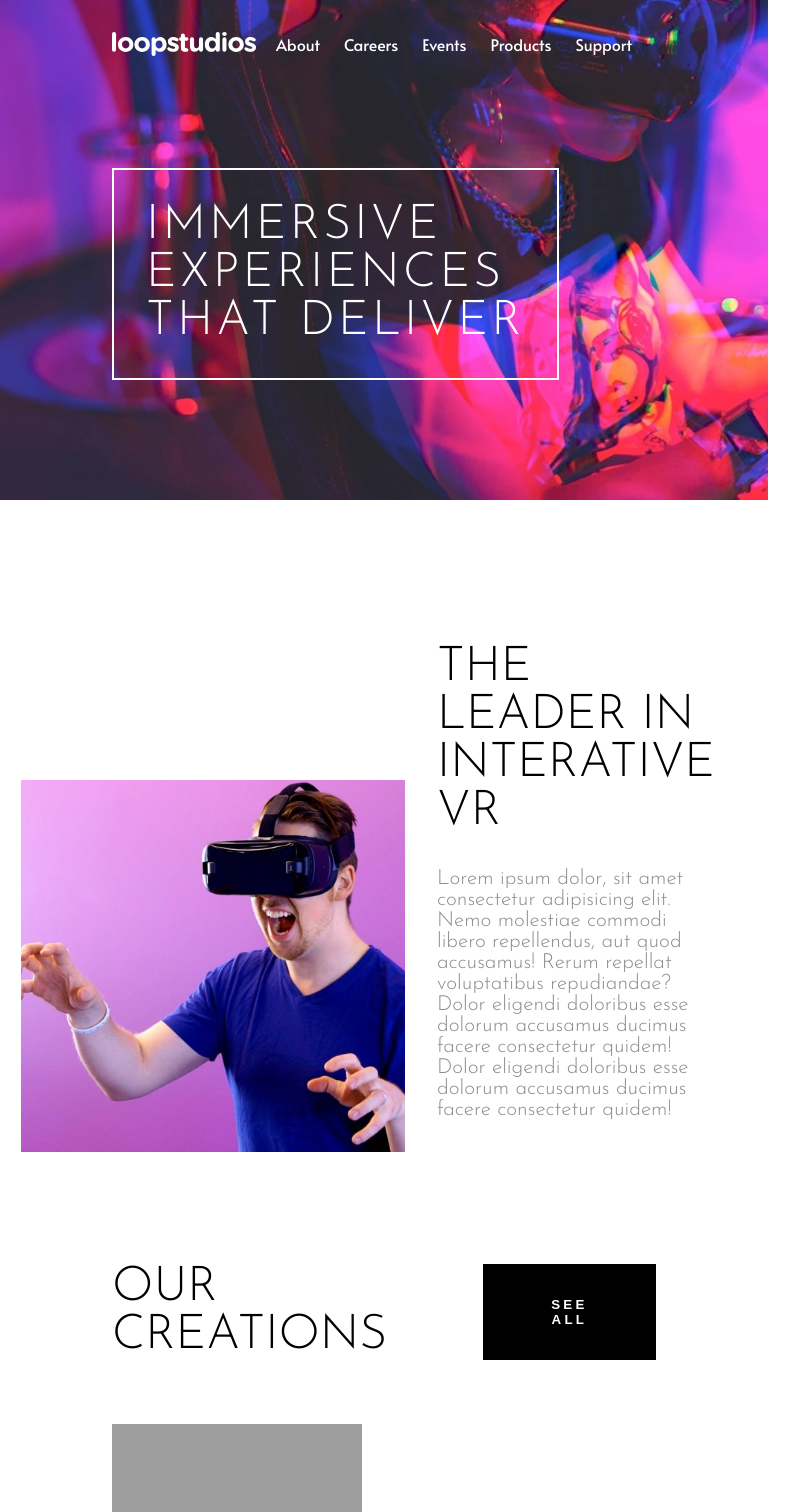
Repository: gligor99/loopstudios-fm
Page: /
An editor plug-in stored every save of this project. The page is shown before and after the next save, followed by the edit.
The browser window is 768 px wide. The page is 768 px wide, then 787 px, so the pictures cover 787 px, including what lies to the right of the window. The pictures show the part of the page from y = 0 to 1512 px (the page is 6187 px tall).
Pictures or frames that could not be fetched are drawn as grey boxes. Backgrounds fixed to the window are drawn as part of the page. The project was rebuilt for these pictures with package versions that can differ from the ones it lists, and the page was loaded fresh each time.

Above is the page before, as saved 2021-11-28 22:03:26.

After the next save:
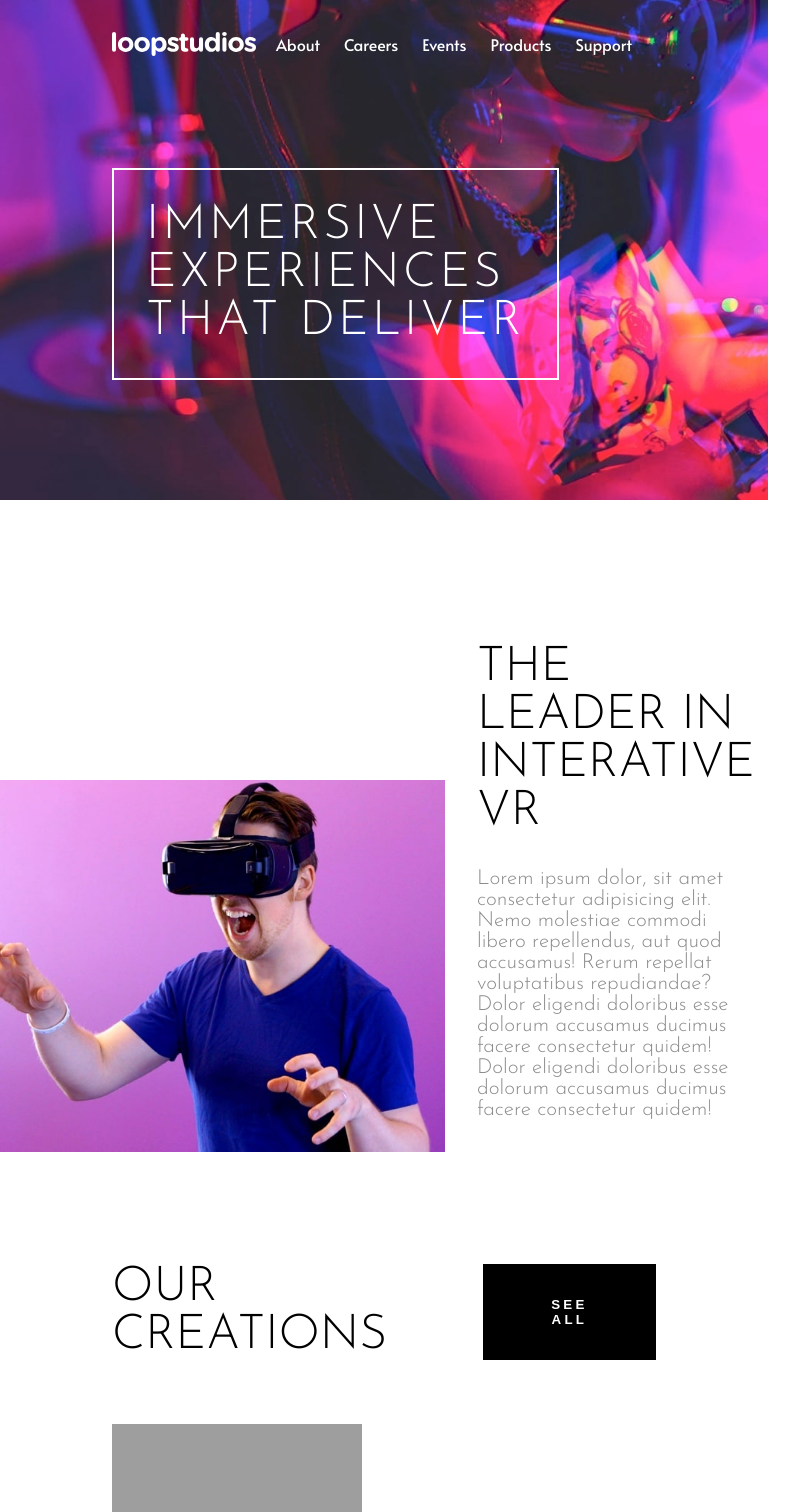
Saved 5 s later.
--- a/src/components/About/about.css
+++ b/src/components/About/about.css
@@ -59,6 +59,6 @@
   z-index: 1;
   height: 50%;
   padding: 2rem;
-  margin-left: -10rem;
+  margin-left: -5rem;
 }
 }
